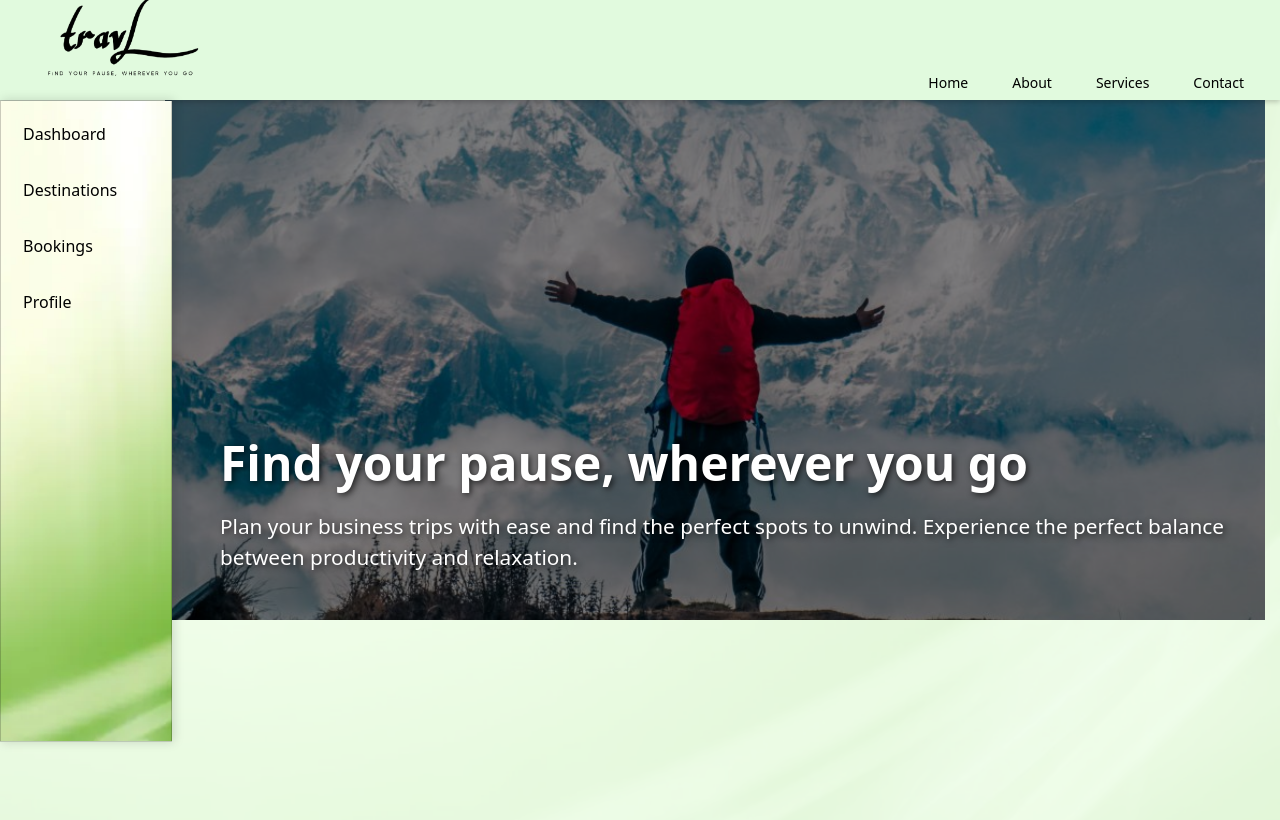
Repository: Nakib-Arman/Javafest25---travL
Page: / (app in Frontend/)
These files come from the project's save history. The page is drawn as it stood at one moment and after the next save; the edit follows.
The browser window is 1280 px wide. The pictures show the whole page.
Pictures or frames that could not be fetched are drawn as grey boxes. The project was rebuilt for these pictures with package versions that can differ from the ones it lists, and the page was loaded fresh each time. Also part of the build but not shown: Frontend/vite.config.js.

Above is the page before, as saved 2025-08-13 13:45:34.

### Frontend/src/App.jsx
import { useState } from 'react'

import Home from './Components/Home'

function App() {
  const [count, setCount] = useState(0)

  return (
    <div>
      <Home/>
    </div>
  )
}

export default App

### Frontend/src/Components/Home.jsx
import React, { useState, useEffect } from 'react';
import '../CSS/Home.css';
import Topbar from './Topbar';
import Sidebar from './Sidebar';

import img1 from '../assets/travel1.jpg';
import img2 from '../assets/travel2.jpg';
import img3 from '../assets/travel3.jpg';
import logo from '../assets/Logo1.png';  // adjust the path as needed


export default function Home() {
  const images = [img1, img2, img3];
  const [currentIndex, setCurrentIndex] = useState(0);

  useEffect(() => {
    const timer = setInterval(() => {
      setCurrentIndex((prev) => (prev + 1) % images.length);
    }, 8000);
    return () => clearInterval(timer);
  }, [images.length]);

  return (
    <div className="home-container">
      <Topbar />
      <Sidebar />

      <div className="slideshow-container">
        <div
          className="slide-track"
          style={{ transform: `translateX(-${currentIndex * 100}%)` }}
        >
          {images.map((src, idx) => (
            <img key={idx} src={src} alt={`Slide ${idx}`} className="slide-image" />
          ))}
        </div>

        <div className="overlay-text">
          <h1>Find your pause, wherever you go</h1>
          <p>Plan your business trips with ease and find the perfect spots to unwind.
          Experience the perfect balance between productivity and relaxation.</p>
        </div>
      </div>
    </div>
  );
}

### Frontend/src/CSS/Home.css
.home-container {
    margin: 0;
    padding: 0;

    height: 100vh;
    width: 100vw;

    background-image: url('../assets/background2.jpg');
    background-position: center;
    background-repeat: no-repeat;
    background-size: cover;

    position: relative;
    color: black;
}


.home-container::before {
    content: '';
    position: absolute;
    top: 0;
    left: 0;
    right: 0;
    bottom: 0;
    background: rgba(241, 255, 238, 0.9);
    z-index: 1;
    pointer-events: none;
}



/* Slideshow adjusted to leave space for navbars */
.slideshow-container {
    position: relative;
    margin-top: 100px;
    /* space for topbar */
    margin-left: 165px;
    /* space for sidebar */
    width: calc(100% - 180px);
    height: calc(100% - 200px);
    /* 60% of viewport height */
    overflow: hidden;
    background-color: black;
    /* fallback */
    z-index: 2;
}

.slide-track {
    display: flex;
    transition: transform 0.8s ease-in-out;
    height: 100%;
}

.slide-image {
    min-width: 100%;
    height: 100%;
    object-fit: cover;
    opacity: 0.5;
}

/* Text overlay on slideshow */
.overlay-text {
    position: absolute;
    bottom: 5%;
    left: 5%;
    transform: none;
    text-align: left;
    color: white;
    text-shadow: 2px 2px 6px rgba(0, 0, 0, 0.7);
    z-index: 2;
}

.overlay-text h1 {
    font-size: 3rem;
    margin-bottom: 10px;
}

.overlay-text p {
    font-size: 1.3rem;
}

### Frontend/src/Components/Topbar.jsx
// src/components/Topbar.js
import React from 'react';
import '../CSS/Topbar.css';

export default function Topbar() {
  return (
    <nav className="topbar">
      <a className="logo-link" href="/"></a>

      <div className="nav-buttons">
        <button>Home</button>
        <button>About</button>
        <button>Services</button>
        <button>Contact</button>
      </div>
    </nav>
  );
}

### Frontend/src/Components/Sidebar.jsx
// src/components/Sidebar.js
import React from 'react';
import '../CSS/Sidebar.css';

export default function Sidebar() {
  return (
    <div className="sidebar">
      <button>Dashboard</button>
      <button>Destinations</button>
      <button>Bookings</button>
      <button>Profile</button>
    </div>
  );
}

### Frontend/src/CSS/Topbar.css
.topbar {
    position: fixed;
    top: 0;
    left: 0;
    right: 0;
    height: 100px;
    background-color: #e1fade;
    display: flex;
    justify-content: space-between;
    align-items: flex-end;
    padding: 0 20px;
    box-shadow: 0 2px 5px rgba(0,0,0,0.2);
    z-index: 1000;
  }

  /* Logo */
  .logo-link {
    display: inline-block;
    height: 120px;   /* make bigger if needed */
    width: 200px;
    background-image: url('../assets/Logo1.png');
    background-size: contain;
    background-repeat: no-repeat;
    background-position: center;
  }

  /* Navigation buttons container */
  .nav-buttons {
    display: flex;
    gap: 12px;
  }

  /* Button styling */
  .nav-buttons button {
    background-color: transparent;
    color: black;
    border: none;
    padding: 8px 16px;
    border-radius: 6px;
    font-size: 14px;
    font-weight: 500;
    cursor: pointer;
    transition: background-color 0.3s ease;
  }

  .nav-buttons button:hover {
    background-color: #354434;
    color: white;
  }

### Frontend/src/CSS/Sidebar.css
.sidebar {
  position: fixed;
  top: 100px;
  /* below topbar height */
  left: 0;
  width: 150px;
  height: calc(100vh - 100px);
  /* background-color: ; */
  background-image: url('../assets/background2.jpg');
    background-position: center;
    background-repeat: no-repeat;
    background-size: cover;
  display: flex;
  flex-direction: column;
  padding: 10px;
  gap: 10px;
  z-index: 1050;

  /* Border + shadow */
  border: 1px solid rgba(0, 0, 0, 0.2);
  box-shadow: 2px 0 10px rgba(0, 0, 0, 0.15);
}


.sidebar button {
  background-color: transparent;
  color: black;
  border: none;
  padding: 12px;
  text-align: left;
  border-radius: 4px;
  cursor: pointer;
  transition: background-color 0.3s ease;
}

.sidebar button:hover {
  background-color: #666;
}

Loaded but not shown: Frontend/index.html (common file); Frontend/src/main.jsx (common file); Frontend/src/index.css (common file)

After the next save:
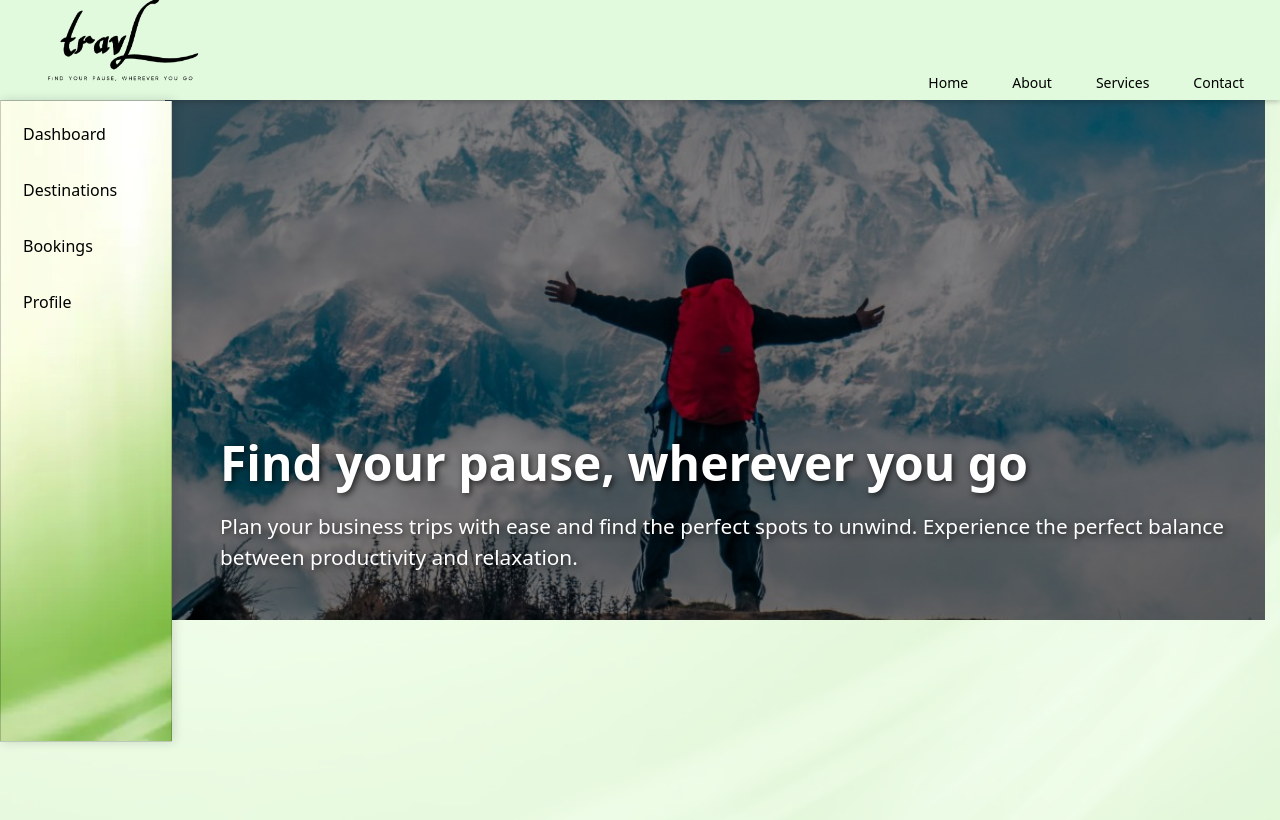
Saved 5 s later.
--- a/Frontend/src/CSS/Topbar.css
+++ b/Frontend/src/CSS/Topbar.css
@@ -16,7 +16,7 @@
   /* Logo */
   .logo-link {
     display: inline-block;
-    height: 120px;   /* make bigger if needed */
+    height: 110px;   /* make bigger if needed */
     width: 200px;
     background-image: url('../assets/Logo1.png');
     background-size: contain;
